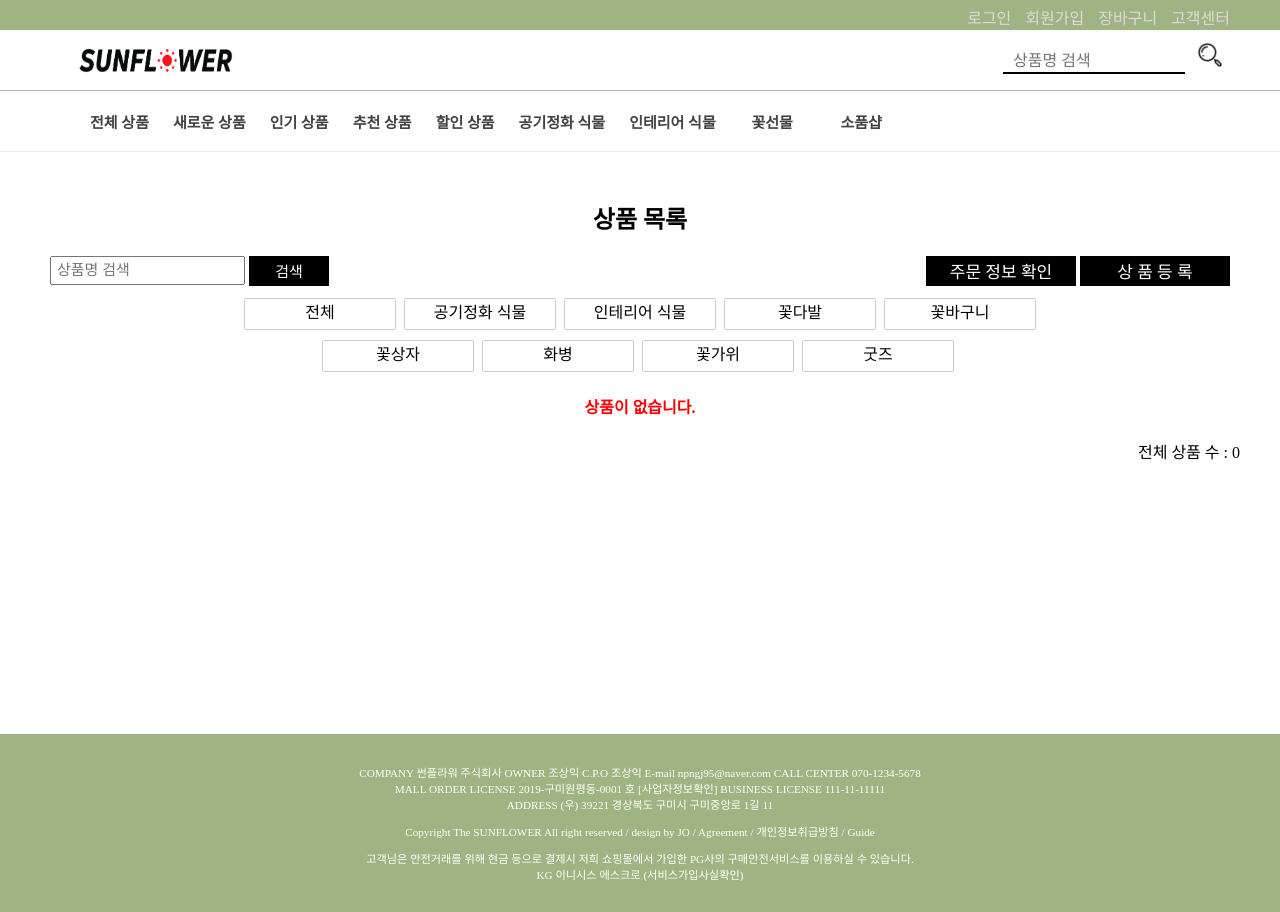
Repository: Jo-Sang-Ik/JSP_hompage
Page: http://localhost/home/product/product_list.jsp?category=11
These files come from the project's save history. The page is drawn as it stood at one moment and after a run of saves; the edit follows.
The browser window is 1280 px wide. The pictures show the whole page.
Some web fonts or font styles are not loaded; a fallback is used. The page is served by Tomcat 9. Other server files are loaded and not shown. Queries for data that is not in the repository find no rows.

Above is the page before, as saved 2020-05-06 02:58:52.

### workspace/home/WebContent/product/product_list.jsp
<%@ page language="java" contentType="text/html; charset=UTF-8"
    pageEncoding="UTF-8"%>
<%@page import="com.plantshop.product.*"%>
<%@ page import="java.sql.*, java.util.*, java.text.*" %>
<!DOCTYPE html>
<html>
<head>
<meta charset="utf-8">
<title>언제나 함께 썬플라워</title>
<script src="https://cdnjs.cloudflare.com/ajax/libs/jquery/3.5.0/jquery.min.js"></script>

<link href="./css/product_main.css" rel="stylesheet">
<link href="./css/product_list.css" rel="stylesheet">
</head>
<body>
<%
request.setCharacterEncoding("utf-8");

//검색 처리 부분
String condition = ""; // 조건식의 초기값은 공백값으로 설정
String pname = "";
String category = "";

// 1. pname(상품이름)으로 검색
if(request.getParameter("pname") != null && !request.getParameter("pname").equals("")) {
	pname = request.getParameter("pname");
	condition = " where pname like '%" + pname + "%' order by id";
}

// 2. category(상품분류)로 검색
if(request.getParameter("category") != null && !request.getParameter("category").equals("")) {
	category = request.getParameter("category");
	condition = " where category='" + category + "' order by id"; // 카테고리는 문자이고 정해저 있어서 =과 홀따옴표를 사용
}

String pageNum = request.getParameter("pageNum"); // 넘어오는 페이지 번호 // 넘어오다 빠질 수 있으므로 int로 받지않음.

if(pageNum == null) { // 처음페이지를 열었을 때 아무페이지도 없을 때를 위해 작성.
	pageNum = "1"; // 처음 페이지
}
%>
<div id="container">
	<%@ include file="../module/top.jsp" %>
	<section>
		<div id="content">
		   	<h2>상품 목록</h2>
				<form name="search_form" action="product_list.jsp" method="post">
					<table class="search_table">
						<tr class="first_row">
							<td width="50%" class="first_col">
								<input type="text" name="pname" placeholder="상품명 검색"> <input type="submit" value="검색">
							</td>
							<td width="50%" class="second_col">
								<input type="button" value="주문 정보 확인" onclick="location='../'"
								<input type="button" value="고객 정보 확인" onclick="location='../member/selectAll.jsp'">
								<input id="item_upload" type="button" value="상 품 등 록" onclick="location='product_write.jsp?pageNum=<%=pageNum %>&category=<%=category %>&pname=<%=pname %>'">
							</td>
						</tr>
						<tr class="second_row">
							<td colspan="2">
								<a href="product_list.jsp"><div class="category">전체</div></a>&nbsp;
								<a href="product_list.jsp?category=11"><div class="category">공기정화 식물</div></a>&nbsp;
								<a href="product_list.jsp?category=22"><div class="category">인테리어 식물</div></a>&nbsp;
								<a href="product_list.jsp?category=331"><div class="category">꽃다발</div></a>&nbsp;
								<a href="product_list.jsp?category=332"><div class="category">꽃바구니</div></a><br>
								<a href="product_list.jsp?category=333"><div class="category">꽃상자</div></a>&nbsp;
								<a href="product_list.jsp?category=441"><div class="category">화병</div></a>&nbsp;
								<a href="product_list.jsp?category=442"><div class="category">꽃가위</div></a>&nbsp;
								<a href="product_list.jsp?category=443"><div class="category">굿즈</div></a>&nbsp;
							</td>
						</tr>
					</table>
				</form>
			<%
			//페이징 처리 부분
			//페이지 - 한 화면, 로우 - 상품의 수
			int pageSize = 10; // 화면에서 표시할 상품의 갯수

			int currentPage = Integer.parseInt(pageNum); // 현재 페이지 번호
			int startRow = (currentPage - 1) * pageSize + 1; // // 현재 페이지에서 보여줄 첫번째 글 [ex. (3 - 1) * 3 + 1 = 7 ]
			int endRow = currentPage * pageSize; // 3 * 3 = 9 // 이게 맞지.
			int totalRow = 0; // 전체 글 수

			int id = 0;
			NumberFormat nf = NumberFormat.getInstance();
			String price_nf = null; // 포맷 설정한 정가 ex) 45,000
			String downprice_nf = null; // 포맷 설정한 판매가 ex) 45,000
			String stock_nf = null; // 포맷 설정한 재고량 ex) 1,111 // 1000개 이상 상품
			String category_str = null; // 상품분류가 11 -> "가구"

			Connection conn = null;
			Statement stmt = null;
			PreparedStatement pstmt = null;
			ResultSet rs = null;
			String sql = null;

			// 관리자 확인
			String pwd = request.getParameter("pwd");
			String db_pwd = "";

			// 페이징 처리 - 전체 게시물 갯수 받기
			ProductDBBean dbPro = ProductDBBean.getInstance();
			totalRow = dbPro.getProductCountCondition(condition);

			// 페이징 처리하여 상품 정보 얻기 - 몇 번부터 몇 개
			List<ProductDataBean> productList = dbPro.getProductListCondition(condition, startRow, pageSize);

			if(productList.isEmpty()) {
				out.println("<div align='center'><font color='red'><h4>상품이 없습니다.</h4></font></div>");
			} else {
				out.print("<table id='product_table'><tr>");
				out.print("<th width='4%'>번호</th>");
				out.print("<th width='10%'>상품분류</th>");
				out.print("<th width='21%'>상품명</th>");
				out.print("<th width='7%'>상품번호</th>");
				out.print("<th width='9%'>제조사</th>");
				out.print("<th width='9%'>판매시작일</th>");
				out.print("<th width='8%'>정가</th>");
				out.print("<th width='8%'>판매가</th>");
				out.print("<th width='6%'>재고량</th>");
				out.print("<th width='7%'>판매수량</th>");
				out.print("<th width='7%'>판매여부</th>");
				out.print("<th width='5%'>추천</th>");
				out.print("</tr>");

				for(int i=0; i<productList.size(); i++) {
					ProductDataBean product = productList.get(i);
					out.print("<tr>");
					out.print("<td class='center'>" + (startRow+i) + "</td>"); // 빙고 - startRow로 번호 계산
					// 상품분류가 11이라면 "가구"로 출력
					switch(product.getCategory()) { // Array 구체화를 해주지않았기 때문에 object타입으로 인식
						case "11":
							category_str = "공기정화 식물";
							break;
						case "22":
							category_str = "인테리어 식물";
							break;
						case "331":
							category_str = "꽃다발";
							break;
						case "332":
							category_str = "꽃바구니";
							break;
						case "333":
							category_str = "꽃상자";
							break;
						case "441":
							category_str = "화병";
							break;
						case "442":
							category_str = "꽃가위";
							break;
						case "443":
							category_str = "굿즈";
							break;
						default:
							category_str = "기타";
							break;
					}
					out.print("<td class='center'>" + category_str + "</td>");

					// 상품명을 클릭했을 때 상품 상세보기로 이동 - category, pname, 페이지 번호를 가지고 이동
					out.print("<td class='left'><a href='product_update.jsp?");
					out.print("pageNum=" + pageNum + "&id=" + product.getId() + "&category=" + category + "&pname=" + pname + "'>");
					out.print(product.getPname() + "</a></td>");

					out.print("<td class='center'>" + product.getId() + "</td>");
					out.print("<td class='center'>" + product.getSname() + "</td>");
					out.print("<td class='center'>" + product.getInputdate() + "</td>");

					// 정가의 포맷형식을 지정
					price_nf = nf.format(product.getPrice());
					out.print("<td class='right'>" + price_nf  + "</td>");

					// 판매가(할인가)의 포맷형식을 지정
					downprice_nf = nf.format(product.getDownprice());
					out.print("<td class='right'>" + downprice_nf  + "</td>");

					// 재고량의 포맷형식을 지정
					stock_nf = nf.format(product.getStock());
					out.print("<td class='right'>" + stock_nf + "</td>");

					// 판매수량
					out.print("<td class='right'>" + product.getSalecount() + "</td>");
					// 판매 여부
					if(product.getSelling().equals("y")) {
						out.print("<td class='center'><font color='blue'>" + product.getSelling() + "</font></td>");
					} else {
						out.print("<td class='center'><font color='red'>" + product.getSelling() + "</font></td>");
					}

					// 추천 상품
					if(product.getMditem().equals("y")){
						out.print("<td class='center'><font color='blue'>" + product.getMditem() + "</font></td>");
					} else {
						out.print("<td class='center'><font color='red'>" + product.getMditem() + "</font></td>");
					}

					out.print("</tr>");
				} // end_for
			} // end_else
			out.print("</table>");
			out.print("<div align='right'>전체 상품 수 : " + totalRow + "</div>");

			// *** 페이징 처리 ***
			out.println("<div id='paging'>");
			if(totalRow > 0) {
				// int pageCount = (totalRow - 1) / pageSize + 1;           // true : false
				int totalPage = totalRow / pageSize + (totalRow % pageSize == 0 ? 0 : 1); // 전체 페이지 수 // 직관적으로 나머지가 생기면 1을 더해주는 참 좋다~
				int startPage = 1; // 시작페이지

				int count = 10; // 표시할 페이지의 수. ex) 3이라면[1][2][3],

				if(currentPage % count != 0) { // 페이지를 보여줄 갯수
					startPage = (int)(currentPage/count)*count + 1;
				} else {
					startPage = (int)((currentPage/count)-1)*count + 1;
				}

				int endPage = startPage + count - 1; // 1, 4 // 1 + 3 - 1 = 3 // 4 + 3 - 1 = 6
				if(endPage > totalPage) endPage = totalPage;

				// 이전 페이지 유무 확인 // 이전을 눌렀을 때 count페이지(보여지는 페이지 갯수) 만큼 이전으로 이동
				if(startPage > count) { // 이전을 바꾸고 싶으면 pageNum을 혹은 cuurentPage를 3으로 나눴을때 1이면
					out.println("<a href='product_list.jsp?pageNum=1&category=" + category + "&pname=" + pname + "'>");
					out.println("<div id='pnum' class='page'>&lt&lt</div></a>");

					out.println("<a href='product_list.jsp?pageNum=" + (startPage-count) + "&category=" + category + "&pname=" + pname + "'>");
					out.println("<div id='pnum' class='page'>&lt</div></a>");
				} else {
					out.println("<div id='pnum' class='page'>&lt&lt</div>");
					out.println("<div id='pnum' class='page'>&lt</div>");
				}

				// 페이지 번호 출력
				for(int i=startPage; i<=endPage; i++) {
					if(i == currentPage) {
						out.println("<div id='pnum' class='spnum'>" + i + "</div>");
					} else {
						out.print("<a href='product_list.jsp?pageNum=" + i + "&category=" + category + "&pname=" + pname +"'>");
						out.println("<div id='pnum'>" + i + "</div></a>");
					}
				}

				// 다음을 눌렀을 때 count페이지만큼 다음으로 이동
				if(endPage < totalPage) {
					out.print("<a href='product_list.jsp?pageNum=" + (startPage+count) + "&category=" + category + "&pname=" + pname + "'>");
					out.println("<div id='pnum' class='page'>&gt;</div></a>");

					out.print("<a href='product_list.jsp?pageNum=" + totalPage + "&category=" + category + "&pname" + pname);
					out.println("'><div id='pnum' class='page'>&gt;&gt;</div></a>");
				} else {
					out.println("<div id='pnum' class='page'>&gt;</div>");
					out.println("<div id='pnum' class='page'>&gt;&gt;</div>");
				}
				out.println("&nbsp;<font id='tot_pages' color='blue'>" + currentPage + "/" + totalPage + "</font>");
			}
			out.println("</div>");
			%>
		</div>
	</section>
    <%@ include file="../module/bottom.jsp" %>
</div>
</body>
</html>

### workspace/home/WebContent/module/top.jsp
<%@ page language="java" contentType="text/html; charset=UTF-8" pageEncoding="UTF-8"%>
<!DOCTYPE html>
<html>
<link rel="stylesheet" href="/sunflower/module/etc.css">
<script src="/sunflower/module/etc.js"></script>
<header>
	<div class="top_login">
<%
request.setCharacterEncoding("utf-8");

String login_name = (String)session.getAttribute("login_name");
String login_id = (String)session.getAttribute("login_id");

session.setAttribute("login_id", login_id);

if(session.getAttribute("login_id") == null) { // 로그인이 되지 않은 상태
%>
	<div id="login">
		<a href="/sunflower/member/loginForm.jsp">로그인</a>
		<a href="/sunflower/member/joinForm.jsp">회원가입</a>
		<a href="/sunflower/cart/cart_list.jsp">장바구니</a>
		<a href="/sunflower/freeboard/freeboard_list.jsp">고객센터</a>
	</div>
<%} else {%>	<!-- 로그인이 된 상태 -->
	<div id="login">
		<!-- admin이면 버튼이 나타남 -->
		<% if(login_id.equals("admin") == true) { login_name = "관리자"; %>
			<a href="/sunflower/product/product_list.jsp">관리자 모드</a>
		<% } %>
		<a><%=login_name %>님</a>
		<a href="/sunflower/member/logout.jsp">로그아웃</a>
		<a href="/sunflower/member/select.jsp">개인정보 조회</a>
		<a href="/sunflower/cart/cart_list.jsp">장바구니</a>
		<a href="/sunflower/freeboard/freeboard_list.jsp">고객센터</a>
	</div>
<%} %>
	</div>
	      <div id="total_menu">
		<div id="logo">
			<img class="imgbtn" src="/sunflower/image/logo.png" onclick="location.href='/sunflower/index.jsp'">
		</div>
		<nav id="title_menu">
			<form action="/sunflower/shop_list.jsp" method="post">
				<input type="text" id="searchPname" name="searchPname" placeholder="상품명 검색">
				<input type="image" src="/sunflower/image/search.png" height="30px">
			</form>
		</nav>
		<nav id="submenu_nav">
			<div id="submenu_item">
				<a href="/sunflower/shop_list.jsp">전체 상품</a>
				<a href="/sunflower/shop_list_item.jsp?item=new">새로운 상품</a>
				<a href="/sunflower/shop_list_item.jsp?item=best">인기 상품</a>
				<a href="/sunflower/shop_list_item.jsp?item=mditem">추천 상품</a>
				<a href="/sunflower/shop_list_item.jsp?item=sale">할인 상품</a>
				<a href="/sunflower/shop_list.jsp?category=11">공기정화 식물</a>
				<a href="/sunflower/shop_list.jsp?category=22">인테리어 식물</a>
				<div id="detail_menu" class="detail_menu1">
					<a id="detail_title" href="/sunflower/shop_list.jsp?category=33">꽃선물</a>
					<div id="detail_bar">
						<a href="/sunflower/shop_list.jsp?category=331">꽃다발</a><br>
						<a href="/sunflower/shop_list.jsp?category=332">꽃바구니</a><br>
						<a href="/sunflower/shop_list.jsp?category=333">꽃상자</a>
					</div>
				</div>
				<div id="detail_menu" class="detail_menu2">
					<a id="detail_title" href="/sunflower/shop_list.jsp?category=44">소품샵</a>
					<div id="detail_bar">
						<a href="/sunflower/shop_list.jsp?category=441">화병</a><br>
						<a href="/sunflower/shop_list.jsp?category=442">꽃가위</a><br>
						<a href="/sunflower/shop_list.jsp?category=443">굿즈</a>
					</div>
				</div>
			</div>
		</nav>
	</div>
</header>
</html>

### workspace/home/WebContent/module/bottom.jsp
<%@ page language="java" contentType="text/html; charset=UTF-8"
    pageEncoding="UTF-8"%>
<!DOCTYPE html>
<html>
<footer>
	<ul>
		<li>COMPANY 썬플라워 주식회사 OWNER 조상익 C.P.O 조상익 E-mail npngj95@naver.com CALL CENTER 070-1234-5678</li>
		<li>MALL ORDER LICENSE 2019-구미원평동-0001 호 [사업자정보확인] BUSINESS LICENSE 111-11-11111
		<li> ADDRESS (우) 39221 경상북도 구미시 구미중앙로 1길 11</li>
		<li><p>Copyright The SUNFLOWER All right reserved / design by JO /
		Agreement / 개인정보취급방침 / Guide</p></li>

		<li>고객님은 안전거래를 위해 현금 등으로 결제시 저희 쇼핑몰에서 가입한 PG사의 구매안전서비스를 이용하실 수 있습니다.</li>
		<li>KG 이니시스 에스크로 (서비스가입사실확인)</li>
	</ul>
</footer>
</html>

### workspace/home/WebContent/product/css/product_main.css
section { width: 100%; margin-top: 180px; margin-bottom: 50px; min-height: 70vh; overflow: hidden; }

### workspace/home/WebContent/product/css/product_list.css
#content { width: 1200px; margin: 0 auto;}
#content h2 { text-align: center;}

#content table { width: 100%; }
#content table, th, td { border: 1px solid black; border-collapse: collapse;}
#content tr { height: 30px;}
#content th { background: lightgray;}
#content .left { text-align: left; padding-left: 10px;}
#content .center { text-align: center;}
#content .right { text-align: right; padding-right: 10px;}

/* 버튼 css  */
#content .search_table input[type=button] { cursor: pointer; background: black; font-size: 17px; color: white;
	width: 150px; height: 30px; border: 1px solid black; }
#content .search_table #item_upload:hover { background: #404040;}

#content .search_table input[type="text"] { vertical-align:top; padding-left: 5px; height: 23px; font-size: 15px;  }
#content .search_table input[type="submit"] { cursor: pointer; width: 80px; height: 30px; background: black; color:white; border: 1px solid black; font-size: 15px;}

#content .search_table { border: hidden; margin-bottom: 20px;}
#content .search_table .first_row td { border: hidden; text-align: right; padding-right: 10px;}
#content .search_table .first_row .first_col { text-align: left; padding-left: 10px;}
#content .search_table .first_row .second_col { text-align: right; padding-right: 10px;}

#content .search_table .second_row td { text-align: center; }
#content .search_table .second_row a { text-decoration: none; color: black;}
#content .search_table .category { display: inline-block; margin-top: 10px; width: 150px; height: 30px; line-height: 28px; border: 1px solid #ccc;
	background: #fff; border-radius: 2px; }
#content .search_table .category:hover { background: black; color: white; }


#content #product_table a{ color: blue;}

#content #paging { text-align: center; }
#content #paging a { text-decoration: none; }
#content #paging a:visited { color: black;}

#content #pnum { width:40px; height:30px; background:#fff; padding:0; font-size:13px; color:#333;
	border:0; line-height:30px; border-radius:2px; -moz-border-radius:2px; -webkit-border-radius:2px;
    text-align:center; display:inline-block;}
#content #pnum:hover { background: #ddd; }
#content .spnum { background:#333 !important; color:#fff !important; }
#content .page { position:relative; height: 32px!important;font-size: 15px !important; background:#fff; border:1px solid #ccc !important; border-radius:2px; }
#content .page:hover { border:1px solid #333 !important; }
#content #tot_pages { display: inline-block;width: 50px;}

### workspace/home/WebContent/module/etc.css
@font-face { font-family: 'MapoPeacefull'; src: url('https://cdn.jsdelivr.net/gh/projectnoonnu/noonfonts_2001@1.1/MapoPeacefullA.woff') format('woff'); font-weight: normal; font-style: normal; }

* { font-family: 'MapoPeacefull';}

#container { width: 100%; }
.imgbtn { cursor: pointer;}

body { margin: 0;}

header { position: fixed; z-index: 100; width: 100%; height: 60px; padding-top: 30px; padding-left: 10px; padding-right: 10px; top: 0; left: 0; background: white; border-bottom: 1px solid #b2b2b2; }

#total_menu { width: 1150px; height: 60px; margin: 0 auto; overflow: hidden; }

.top_login { width: 100%; height: 30px; position: absolute; padding: 0 10px; background: #9fb482; top: 0; left: 0;}

.top_login #login { width: 1150px; height: 30px; position: relative; margin: 0 auto; overflow: hidden; text-align: right;}

.top_login #login a { display: inline-block; padding: 5px; text-decoration: none; color: #dbdbdb;}
.top_login #login a:hover { color: white;}

#logo { float: left; height: 30px;  padding: 15px 0;}
#logo img { width: 160px; height: 30px;  display: inline-block;}

#total_menu #title_menu { height: 60px; text-align: right;}

#title_menu #searchPname { margin-top: 20px; padding-left: 10px; font-size: 16px; width: 170px; height: 20px; border-top: hidden; border-left:hidden; border-right: hidden; border-bottom: 2px solid black; outline: none;}
#title_menu input[type="image"] { float:right; margin-top: 10px; margin-left: 10px; outline: none;}

/* 서브 메뉴  */
#submenu_nav { width: 100%; height: 50px; position: absolute; display: block; top: 91px; left: 0;
	background: white; padding: 5px; border-bottom: 1px solid rgb(237, 237, 237);}

#submenu_item { width:1150px; height: 50px; position: relative; margin: 0 auto; }
#submenu_item a { position: relative; display: inline-block ;  height: 20px; margin: 15px 10px;
	font-size: 15px; font-weight: bold; color: #424242; text-decoration: none; }
#submenu_item a:hover { border-bottom: 2px solid #00cc00; }

/* 세부 메뉴  */
#detail_menu { display: inline-block; width: 85px;}
#detail_menu #detail_title { text-align: center;  width: 65px;}
.detail_menu1:hover { background: #ffe1e9;}
.detail_menu2:hover { background: #fff3d2;}

.detail_menu1 #detail_bar { background: #ffe1e9;}
.detail_menu2 #detail_bar { background: #fff3d2;}

#detail_menu #detail_bar { top: 45px; width: 85px; position: absolute; display: none;}
#detail_menu:hover #detail_bar { display: block;}
#detail_menu:hover #detail_bar a{ margin-right: 0; padding-left: 3px; border-left: 3px solid rgb(0, 204, 0, 0); border-bottom: none;}
#detail_menu:hover #detail_bar a:hover{  border-left: 3px solid rgb(0, 204, 0, 1);}

/* 풋터 설정 */
footer { font-size: 0.7em; text-align: center; padding: 30px 0; background: #9fb482; color: white;}
footer ul { list-style: none; margin:0; padding: 0;}

Loaded but not shown: workspace/home/WebContent/module/etc.js (30 lines, source omitted); workspace/home/src/com/plantshop/product/ProductDBBean.java (335 lines, source omitted)

After the next 2 saves:
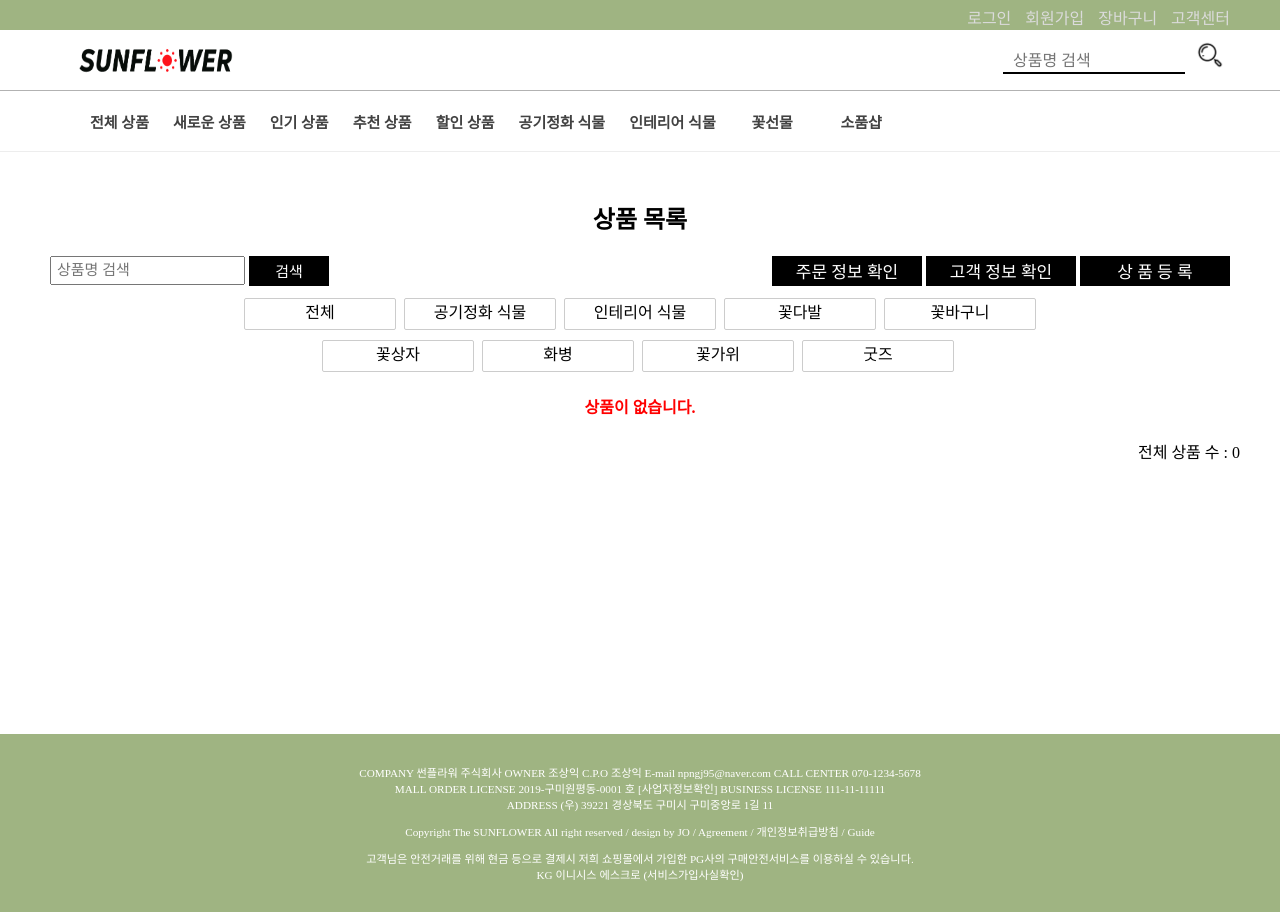
The 2 saves are shown as one change because they came seconds apart.
The last was saved 19 s later.
--- a/workspace/home/WebContent/product/product_list.jsp
+++ b/workspace/home/WebContent/product/product_list.jsp
@@ -51,7 +51,7 @@ if(pageNum == null) { // 처음페이지를 열었을 때 아무페이지도 없
 								<input type="text" name="pname" placeholder="상품명 검색"> <input type="submit" value="검색">
 							</td>
 							<td width="50%" class="second_col">
-								<input type="button" value="주문 정보 확인" onclick="location='../'"
+								<input type="button" value="주문 정보 확인" onclick="location='../order/orderAll.jsp'">
 								<input type="button" value="고객 정보 확인" onclick="location='../member/selectAll.jsp'">
 								<input id="item_upload" type="button" value="상 품 등 록" onclick="location='product_write.jsp?pageNum=<%=pageNum %>&category=<%=category %>&pname=<%=pname %>'">
 							</td>
